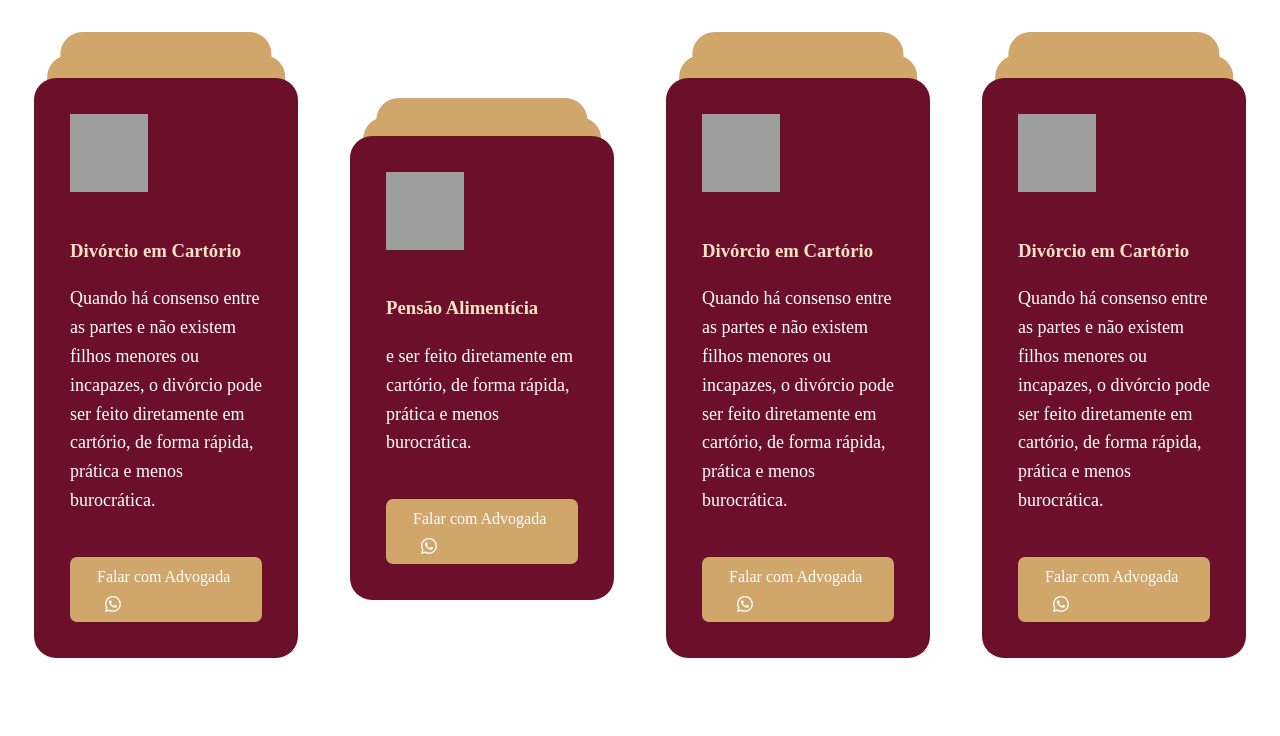
Repository: EmanuelVieiira/landing-page-advocacia
Page: teste.html
These files come from the project's save history. The page is drawn as it stood at one moment and after the next save; the edit follows.
The browser window is 1280 px wide. The pictures show the whole page.
Pictures or frames that could not be fetched are drawn as grey boxes.

Above is the page before, as saved 2026-02-05 15:45:28.

After the next save:
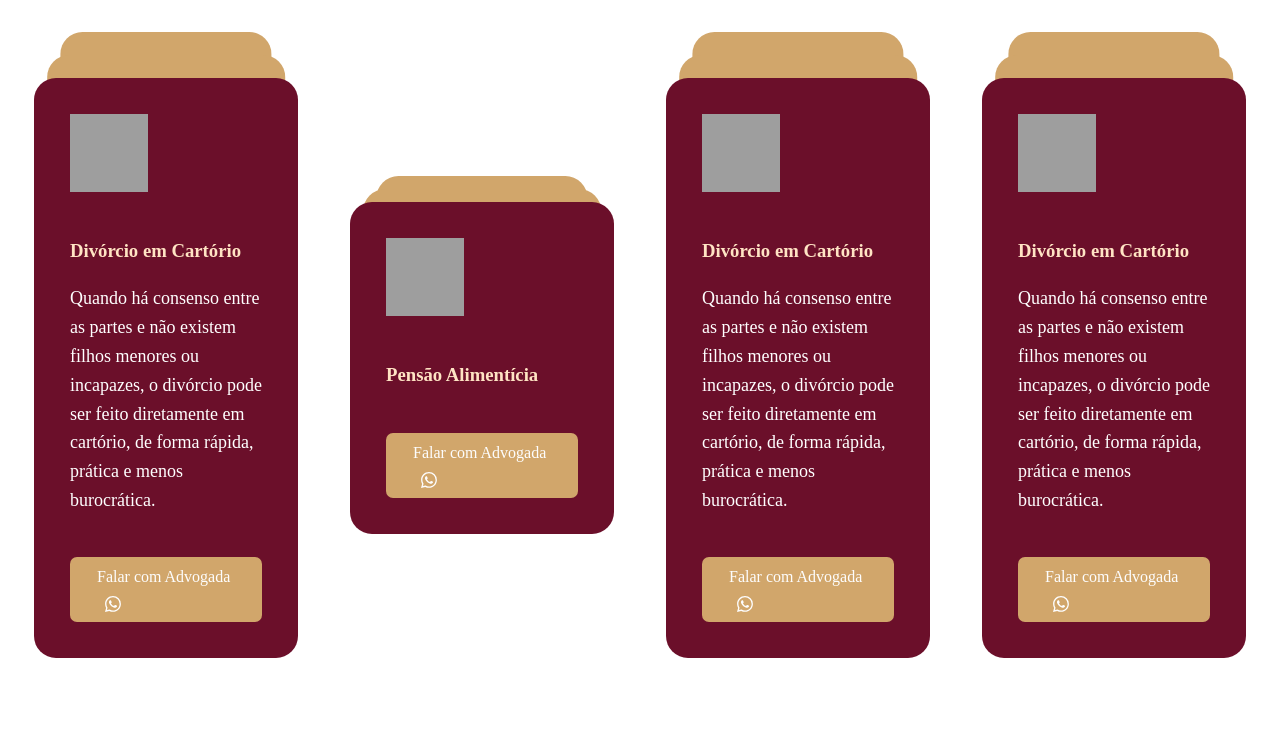
Saved 4 s later.
--- a/teste.html
+++ b/teste.html
@@ -168,7 +168,7 @@
         <h3>Pensão Alimentícia</h3>
 
     <p class="para">
-     e ser feito diretamente em cartório, de forma rápida, prática e menos burocrática.
+
     </p></div>
     <a href="https://wa.me/5511999999999" target="_blank" class="btn-whatsapp">
                         <span>
